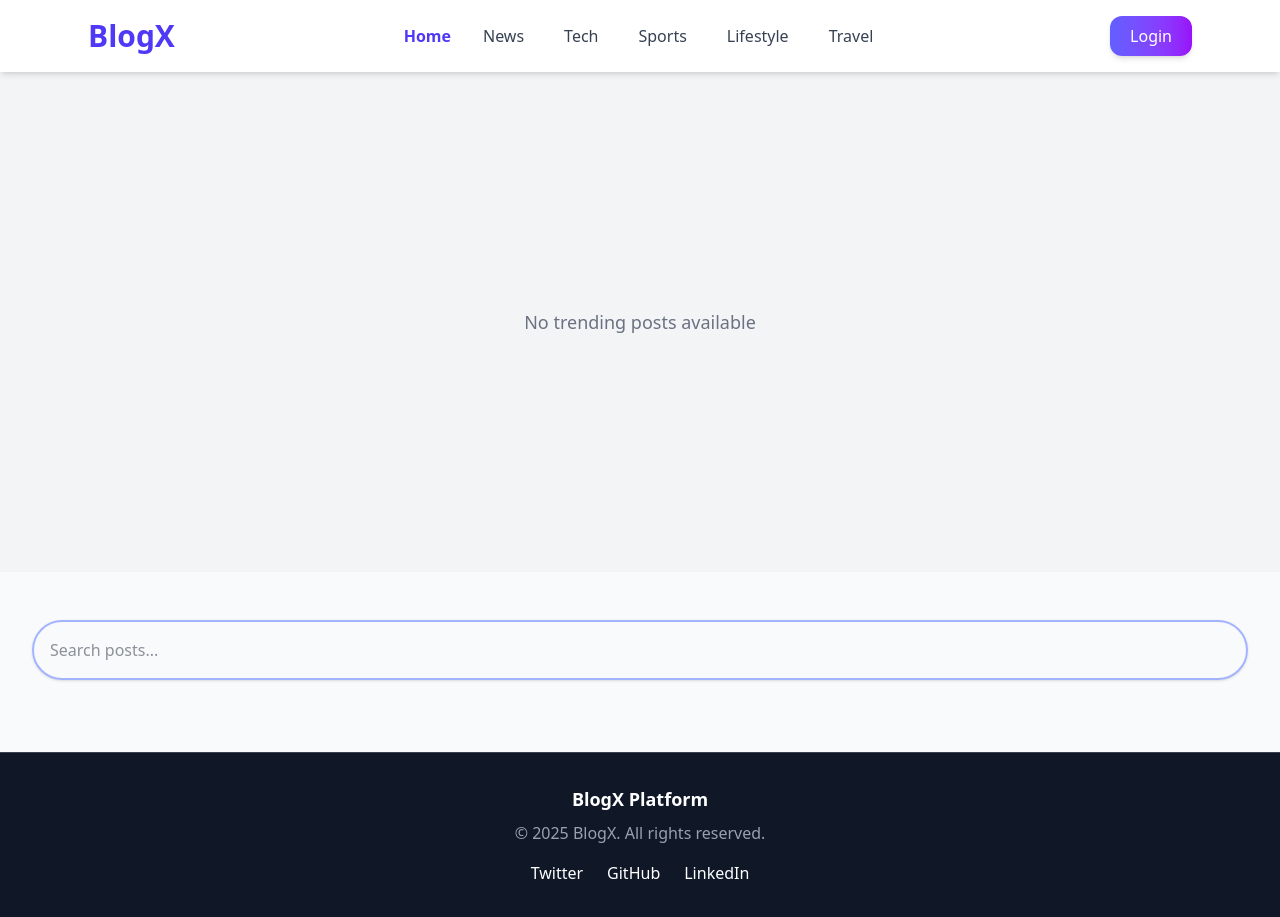
Repository: kundanchouhan12/BlogX
Page: / (app in blogx-Frontend/)
These files come from the project's save history. The page is drawn as it stood at one moment and after the next save; the edit follows.
The browser window is 1280 px wide. The pictures show the whole page.
The page's requests for data from a server got no answer. The project was rebuilt for these pictures with package versions that can differ from the ones it lists, and the page was loaded fresh each time. No one was signed in, and anything a server would have sent is missing. Also part of the build but not shown: blogx-Frontend/vite.config.js, blogx-Frontend/src/pages/Login.jsx, blogx-Frontend/src/pages/Signup.jsx, blogx-Frontend/src/pages/CreatePost.jsx, blogx-Frontend/src/components/PrivateRoute.jsx, blogx-Frontend/src/pages/BlogDetails.css, blogx-Frontend/src/pages/BlogDetails.jsx, blogx-Frontend/src/pages/EditPost.jsx.

Above is the page before, as saved 2025-09-20 13:14:55.

After the next save:
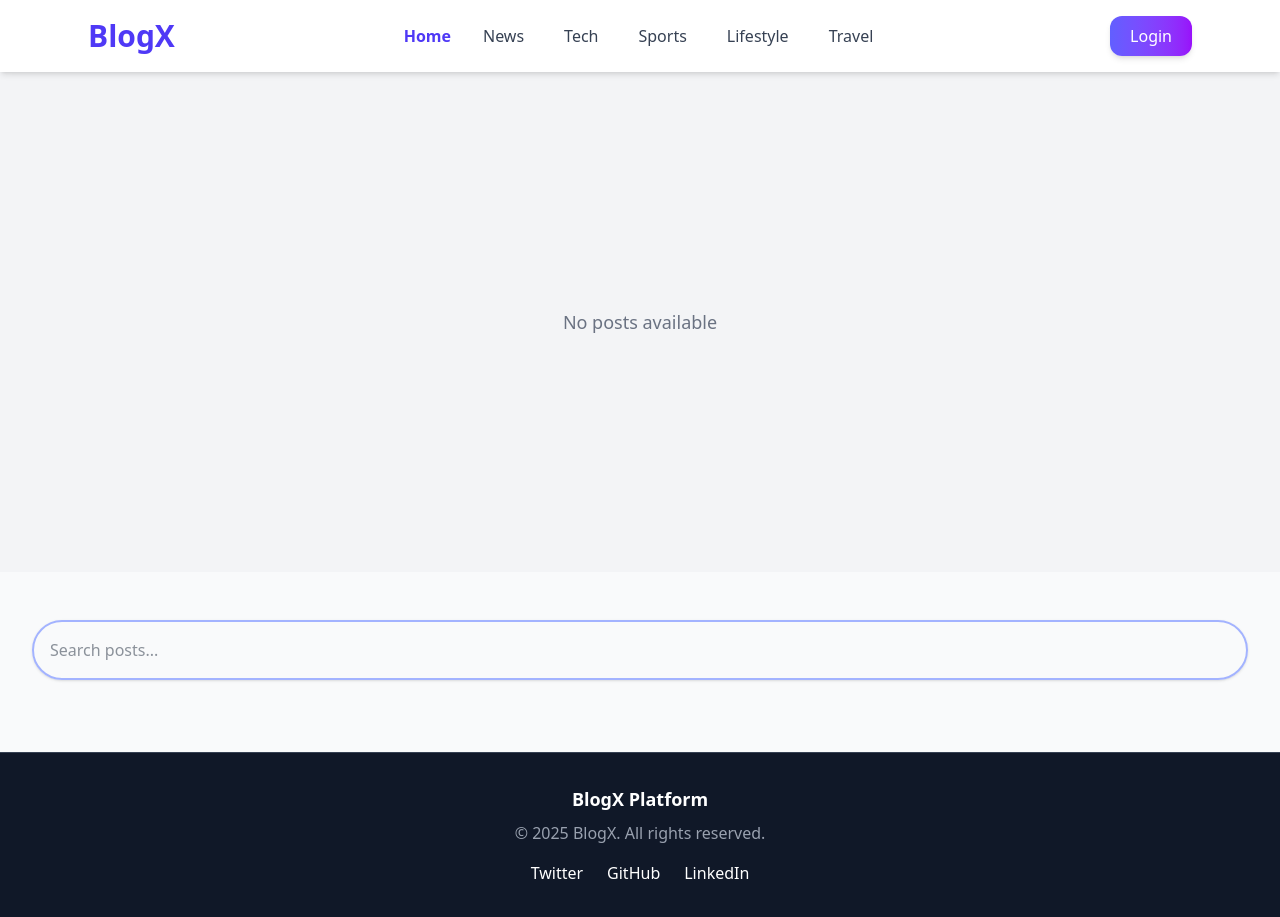
Saved 60 min 47 s later.
--- a/blogx-Frontend/src/pages/Home.jsx
+++ b/blogx-Frontend/src/pages/Home.jsx
@@ -12,25 +12,29 @@ export default function Home() {
   const [currentPage, setCurrentPage] = useState(1);
   const postsPerPage = 6;
 
+  // Filter posts by search
   const filteredPosts = posts.filter((p) =>
     [p.title, p.content, p.username].some((field) =>
       field?.toLowerCase().includes(search.toLowerCase())
     )
   );
 
+  // Pagination logic
   const totalPages = Math.ceil(filteredPosts.length / postsPerPage);
   const startIndex = (currentPage - 1) * postsPerPage;
-  const displayedPosts = filteredPosts.slice(startIndex, startIndex + postsPerPage);
+  const displayedPosts = [...filteredPosts]
+    .sort((a, b) => new Date(b.createdAt) - new Date(a.createdAt)) // latest first
+    .slice(startIndex, startIndex + postsPerPage);
 
   const handlePageClick = (page) => setCurrentPage(page);
   const handleNext = () => setCurrentPage((prev) => Math.min(prev + 1, totalPages));
   const handlePrev = () => setCurrentPage((prev) => Math.max(prev - 1, 1));
 
-  const trendingPosts = posts.filter((p) => p.trending);
-  const recentPosts = [...posts]
+  // Slider posts: latest posts with images
+  const sliderPosts = [...posts]
+    .filter((p) => p.imageUrl)
     .sort((a, b) => new Date(b.createdAt) - new Date(a.createdAt))
-    .slice(0, 4);
-  const suggestedPosts = [...posts].slice(0, 3);
+    .slice(0, 5); // top 5 latest posts with images
 
   function HeroSlider({ posts }) {
     const [current, setCurrent] = useState(0);
@@ -46,7 +50,7 @@ export default function Home() {
     if (!posts || posts.length === 0) {
       return (
         <div className="h-[300px] sm:h-[400px] md:h-[500px] flex items-center justify-center bg-gray-100">
-          <p className="text-gray-500 text-lg">No trending posts available</p>
+          <p className="text-gray-500 text-lg">No posts available</p>
         </div>
       );
     }
@@ -101,7 +105,7 @@ export default function Home() {
   return (
     <div className="flex flex-col min-h-screen bg-gray-50 font-sans">
       <main className="flex-grow pb-12">
-        <HeroSlider posts={trendingPosts} />
+        <HeroSlider posts={sliderPosts} />
 
         <div className="max-w-7xl mx-auto px-4 sm:px-6 lg:px-8 w-full mt-12">
           <div className="flex flex-col md:flex-row gap-4 mb-6 w-full">
